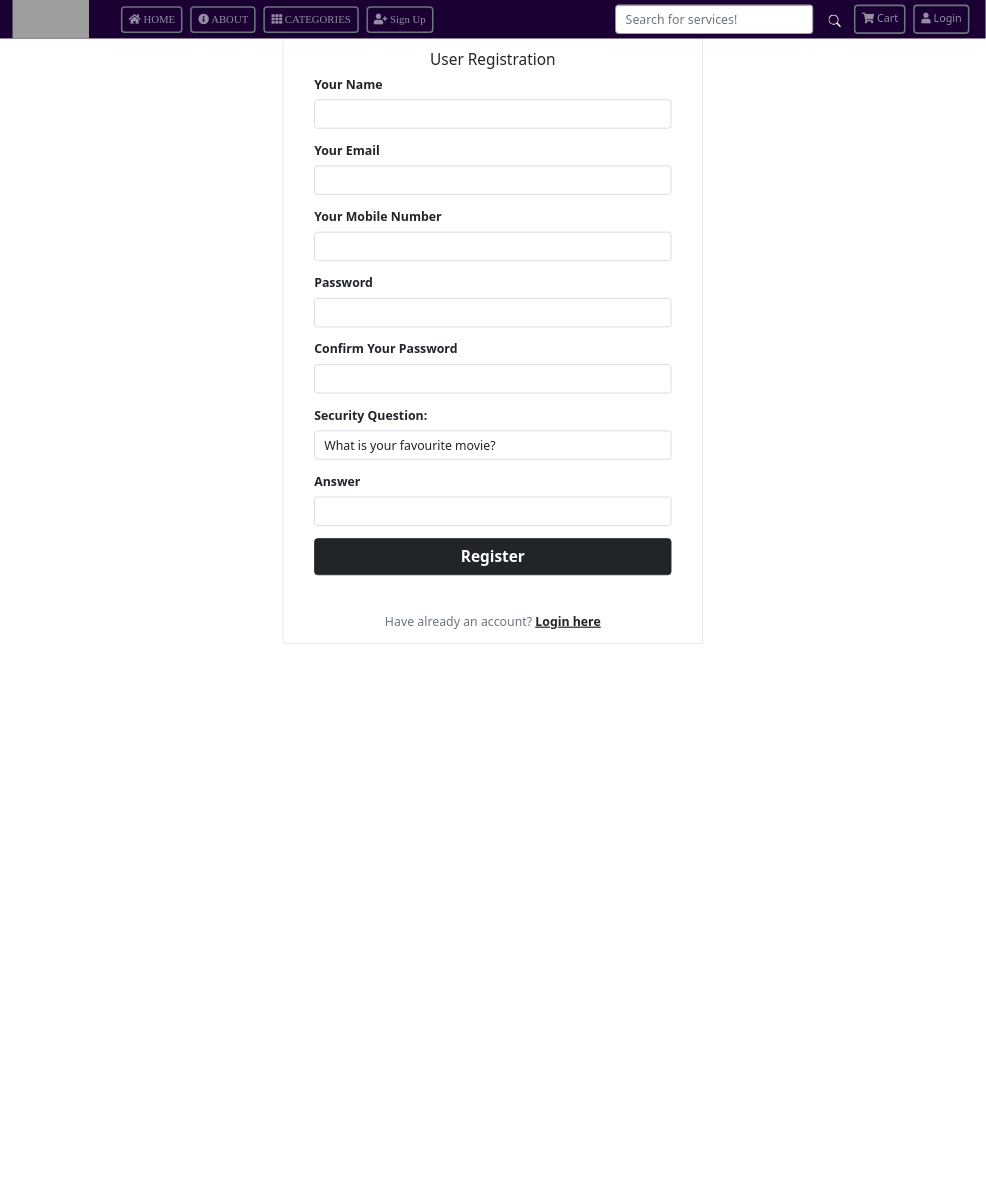
Repository: Ishanibmk/MOVIOT---An-OTT-Platform-using-Java-and-Springboot
Page: http://localhost/OTT/WEB-INF/view/signup.jsp
The author's editor kept a copy of each file at every save. The page is drawn from the files as they stood at one save, then again after the next save.
The browser window is 1280 px wide. The pictures show the whole page, at 77% of full size.
Pictures or frames that could not be fetched are drawn as grey boxes. Some web libraries are served in a nearby version. The page is served by Tomcat 9. Nobody is signed in. The template is opened directly, without the code that normally fills it, so the values that code supplies are empty.

Above is the page before, as saved 2024-03-02 14:37:08.

After the next save:
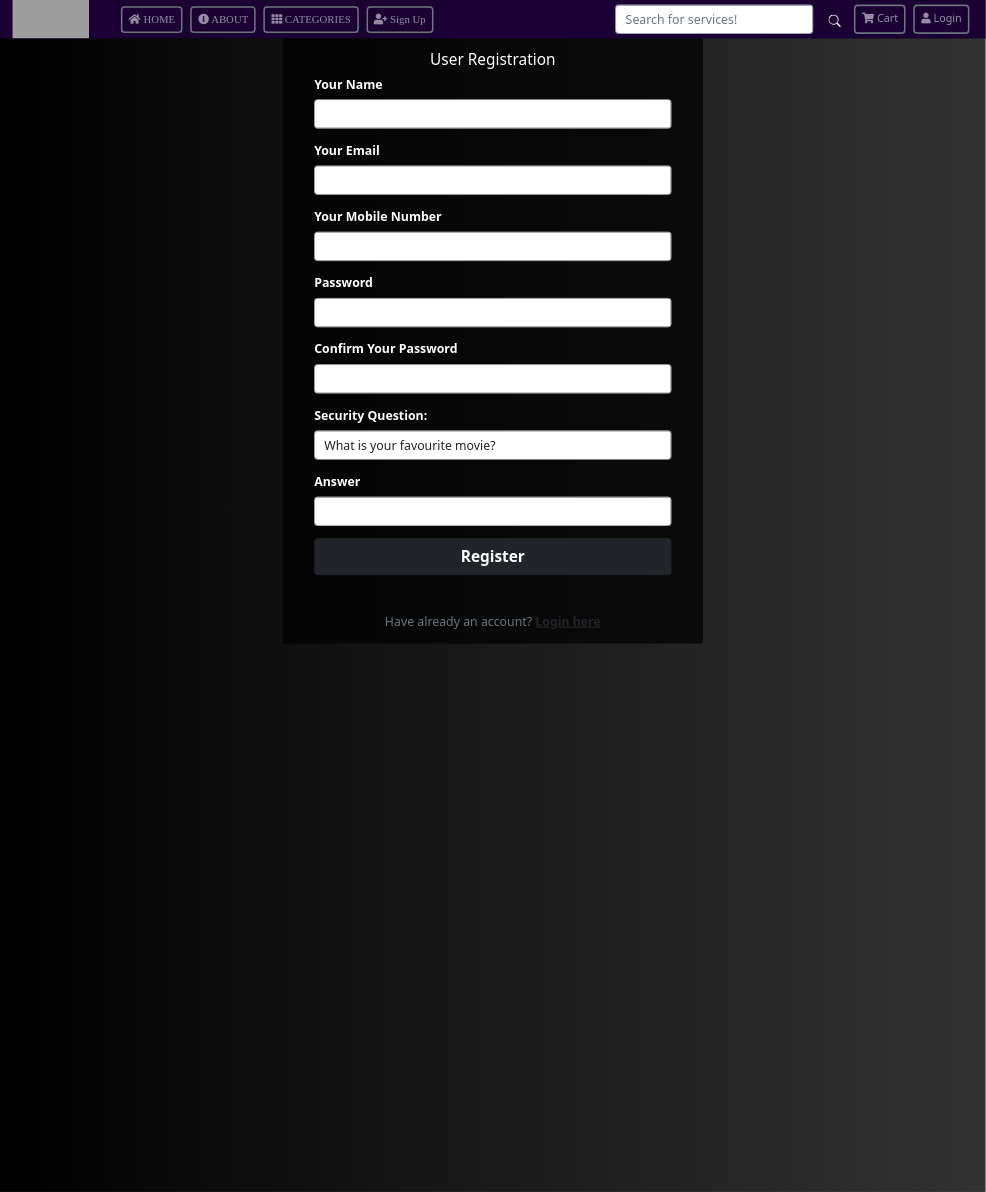
Saved 93 s later.
--- a/Moviot/MOVIOT-main/ott/OTT/src/main/webapp/WEB-INF/view/signup.jsp
+++ b/Moviot/MOVIOT-main/ott/OTT/src/main/webapp/WEB-INF/view/signup.jsp
@@ -9,6 +9,16 @@
     <title>Login</title>
     <!-- Bootstrap CSS link -->
     <link href="https://stackpath.bootstrapcdn.com/bootstrap/5.1.3/css/bootstrap.min.css" rel="stylesheet">
+    <style>
+        body {
+            background: linear-gradient(to right, #000000, #333333); /* Gradient background */
+            color: #fff; /* Text color */
+        }
+
+        .card {
+            background-color: rgba(0, 0, 0, 0.7); /* Transparent black background for the card */
+        }
+    </style>
 </head>
 <body>
 
